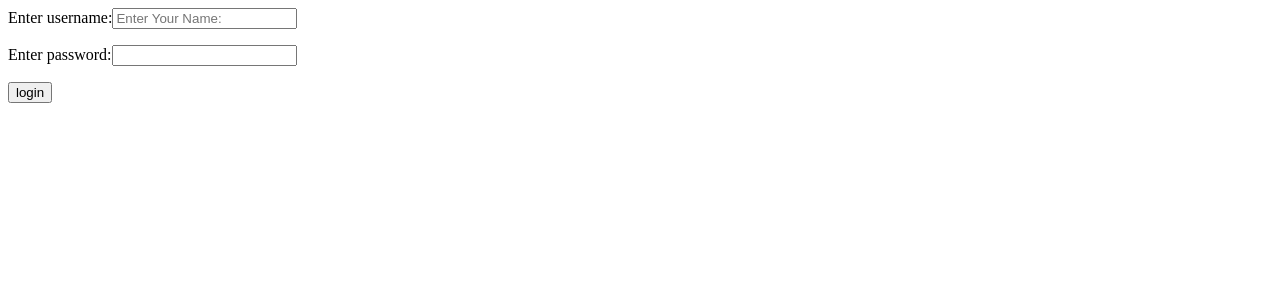
Repository: anik3395/JavaServletProjects
Page: http://localhost/LoginProject/aboutus.jsp
An editor plug-in stored every save of this project. The page is shown before and after the next save, followed by the edit.
The browser window is 1280 px wide. The pictures show the whole page.
The page is served by Tomcat 9.

Above is the page before, as saved 2024-10-21 17:13:44.

After the next save:
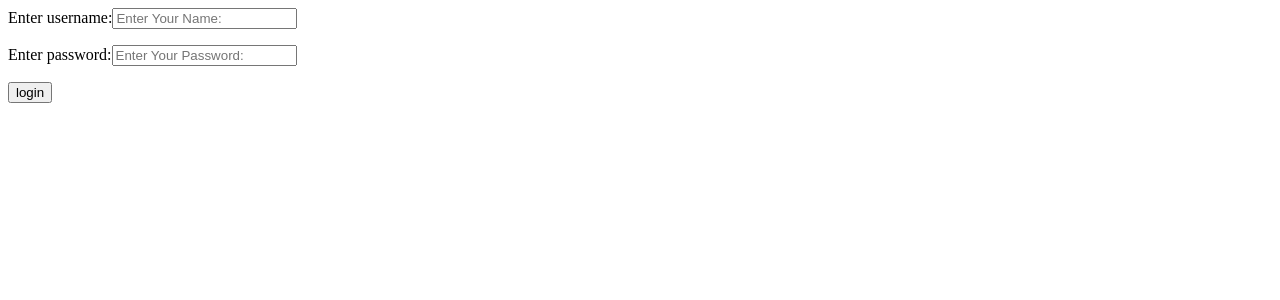
Saved 31 s later.
--- a/eclipse-workspace/LoginProject/src/main/webapp/aboutus.jsp
+++ b/eclipse-workspace/LoginProject/src/main/webapp/aboutus.jsp
@@ -10,7 +10,7 @@
 <form action="Login">
 Enter username:<input type = "text" name="uname" placeholder = "Enter Your Name:">
 <p></p>
-Enter password:<input type = "password" name="pass">
+Enter password:<input type = "password" name="pass" placeholder = "Enter Your Password:">
 <p></p>
 <input type="submit" value = "login">
 </form>
